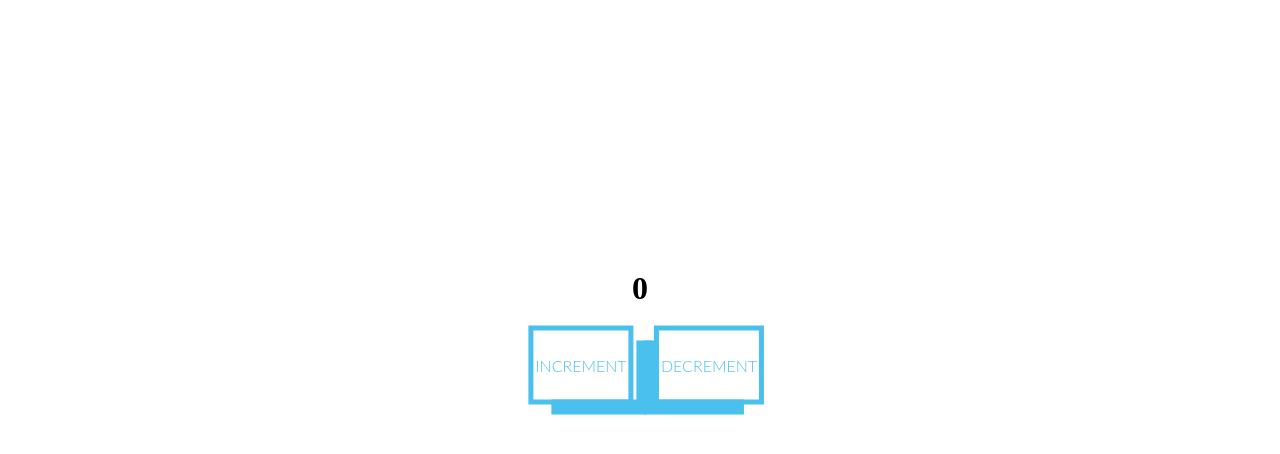
Repository: Ellisvelandia/react_introduction_test
Page: /
These files come from the project's save history. The page is drawn as it stood at one moment and after a run of saves; the edit follows.
The browser window is 1280 px wide. The pictures show the whole page.
The project was rebuilt for these pictures with package versions that can differ from the ones it lists, and the page was loaded fresh each time. Also part of the build but not shown: src/index.css.

Above is the page before, as saved 2022-08-15 20:17:17.

### src/App.js
import "./App.scss";
import React, { useState } from "react";

const App = () => {
  const [num, changeNum] = useState(0);

  const incrementNum = () => {
    changeNum(num + 2);
  };

  const decrementNum = () => {
    if (num - 1 < 0) {
      alert(`you can't decrease than 0`);
    } else {
      changeNum(num - 2);
    }
  };

  return (
    <>
      <div className="container">
        <h1>{num}</h1>
        <button className="button_I" onClick={incrementNum}>Increment</button>
        <button className="button_D" onClick={decrementNum}>Decrement</button>
      </div>
    </>
  );
};

export default App;

### src/App.scss
* {
  margin: 0;
  padding: 0;
  box-sizing: border-box;
}

body {
  width: 100%;
  height: 100vh;
  display: flex;
  justify-content: center;
  align-items: center;
  flex-direction: column;
}

.container {
  align-self: center;
}

h1 {
  position: absolute;
  left: 50%;
  top: 40%;
  transform: translateX(-50%) translateY(-50%);
}

button {
  font-size: 1rem;
  margin: 5px;
  font-family: "Lato", sans-serif;
  font-weight: 300;
}

.button_I {
  margin-right: 160px;
}

.button_I {
  position: absolute;
  left: 45%;
  top: 50%;
  transform: translateX(-50%) translateY(-50%);
  background: #fff;
  max-width: 120px;
  padding: 25px 2px;

  border: 5px solid #4ac0ee;
  color: #4ac0ee;
  text-transform: uppercase;
  text-align: center;

  z-index: 2;
  transition: all 0.15s 0.15s ease-out;

  &:after,
  &:before {
    position: absolute;
    width: 100%;
    max-width: 100%;
    top: 100%;
    left: 0;
    bottom: -10px;
    content: "";
    z-index: 1;
    transition: all 0.15s 0.15s ease-out;
  }

  &:before {
    background: #4ac0ee;
    top: 10px;
    left: 103px;
    height: 100%;
    width: 15px;
  }

  &:after {
    width: 100%;
    background: #4ac0ee;
    right: 0px;
    left: 18px;
    height: 15px;
  }

  &:hover {
    background: #4ac0ee;
    color: #fff;
    margin-left: -7.5px;
    margin-bottom: -7.5px;

    &:after,
    &:before {
      top: 100%;
      left: 0;
      bottom: 0px;
    }

    &:before {
      top: 0px;
      left: 0px;
      width: 0px;
    }

    &:after {
      right: 0px;
      left: 0px;
      height: 0px;
    }
  }
}



.button_D {
  position: absolute;
  left: 55%;
  top: 50%;
  transform: translateX(-50%) translateY(-50%);
  margin-right: 10px;
  background: #fff;
  max-width: 120px;
  padding: 25px 2px;

  border: 5px solid #4ac0ee;
  color: #4ac0ee;
  text-transform: uppercase;
  text-align: center;

  z-index: 2;
  transition: all 0.15s 0.15s ease-out;

  &:after,
  &:before {
    position: absolute;
    width: 100%;
    max-width: 100%;
    top: 100%;
    left: 0;
    bottom: -10px;
    content: "";
    z-index: 1;
    transition: all 0.15s 0.15s ease-out;
  }

  &:before {
    background: #4ac0ee;
    top: 10px;
    left: -15px;
    height: 100%;
    width: 15px;
  }

  &:after {
    width: 100%;
    background: #4ac0ee;
    right: 0px;
    left: -15px;
    height: 15px;
  }

  &:hover {
    background: #4ac0ee;
    color: #fff;
    margin-left: -7.5px;
    margin-bottom: -7.5px;

    &:after,
    &:before {
      top: 100%;
      left: 0;
      bottom: 0px;
    }

    &:before {
      top: 0px;
      left: 0px;
      width: 0px;
    }

    &:after {
      right: 0px;
      left: 0px;
      height: 0px;
    }
  }
}

Loaded but not shown: public/index.html (common file); src/index.js (common file); src/reportWebVitals.js (common file)

After the next 3 saves:
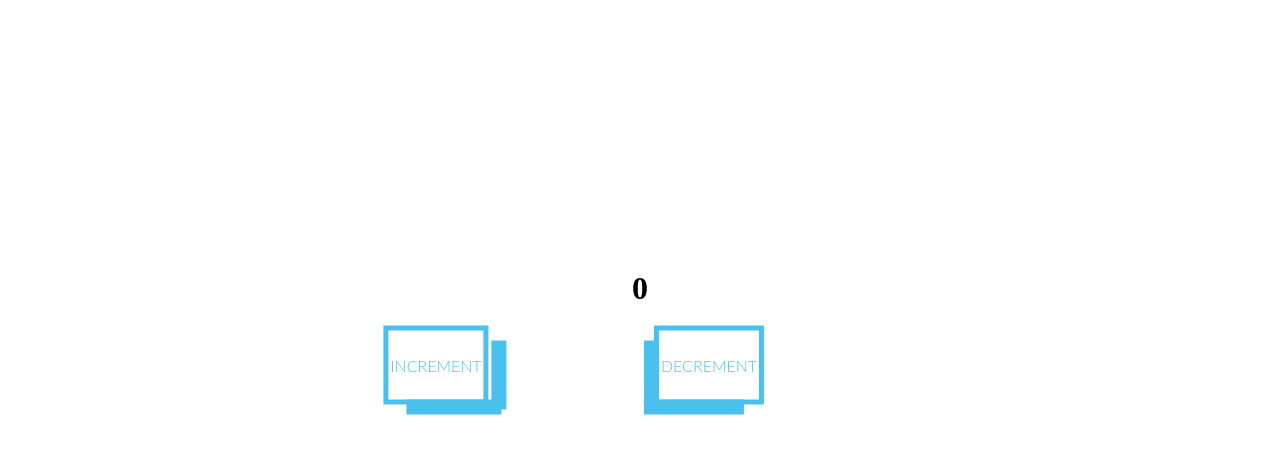
The 3 saves are shown as one change because they came seconds apart.
The last was saved 10 s later.
--- a/src/App.scss
+++ b/src/App.scss
@@ -32,7 +32,7 @@ button {
 }
 
 .button_I {
-  margin-right: 160px;
+  margin-left: -140px;
 }
 
 .button_I {
